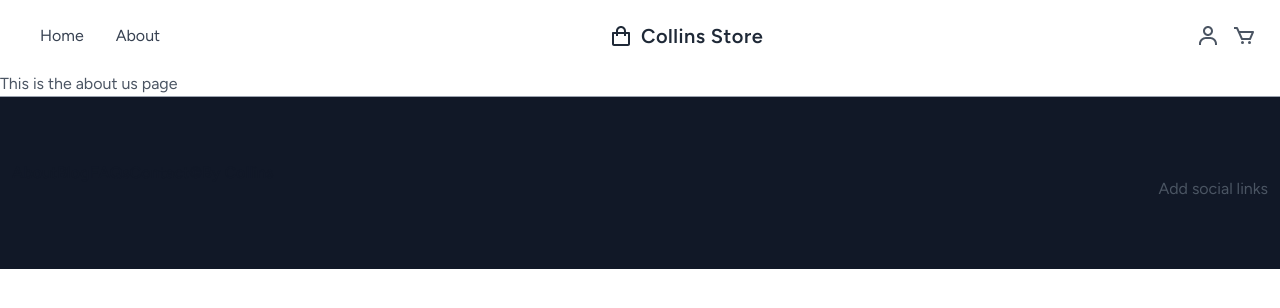
Repository: Collins145/e-commerce-website
Page: http://localhost/about
These files come from the project's save history. The page is drawn as it stood at one moment and after the next save; the edit follows.
The browser window is 1280 px wide. The pictures show the whole page.
The page is served by the project's Laravel application, run on PHP 8.4 with Laravel 10. Other server files are loaded and not shown. Style sheets and scripts are compiled from the project's sources, by tool versions that may differ from the author's.

Above is the page before, as saved 2023-06-17 14:20:29.

### routes/web.php
<?php

use App\Http\Controllers\ProfileController;
use Illuminate\Support\Facades\Route;
use App\Http\Controllers\SiteController;

/*
|--------------------------------------------------------------------------
| Web Routes
|--------------------------------------------------------------------------
|
| Here is where you can register web routes for your application. These
| routes are loaded by the RouteServiceProvider and all of them will
| be assigned to the "web" middleware group. Make something great!
|
*/

Route::get('/', [SiteController::class, 'index'])->name('home');
Route::get('about', [SiteController::class, 'about'])->name('about');
Route::get('footer', [SiteController::class, 'footer'])->name('footer');

Route::get('/dashboard', function () {
    return view('dashboard');
})->middleware(['auth', 'verified'])->name('dashboard');

Route::middleware('auth')->group(function () {
    Route::get('/profile', [ProfileController::class, 'edit'])->name('profile.edit');
    Route::patch('/profile', [ProfileController::class, 'update'])->name('profile.update');
    Route::delete('/profile', [ProfileController::class, 'destroy'])->name('profile.destroy');
});

require __DIR__.'/auth.php';

### app/Http/Controllers/SiteController.php
<?php

namespace App\Http\Controllers;

use Illuminate\Http\Request;

class SiteController extends Controller
{
    public function index() {
        return view('site.home');
    }

    public function about() {
        return view('site.about');
    }
    public function footer() {
        return view('site.footer');
    }
}

### resources/views/site/about.blade.php
@extends('layouts.site')
@section('content')
This is the about us page
@endsection

### resources/views/layouts/site.blade.php
<!DOCTYPE html>
<html lang="{{ str_replace('_', '-', app()->getLocale()) }}">
    <head>
        <meta charset="utf-8">
        <meta name="viewport" content="width=device-width, initial-scale=1">
        <meta name="csrf-token" content="{{ csrf_token() }}">

        <title>{{ config('app.name', 'Laravel') }}</title>

        <!-- Fonts -->
        <link rel="preconnect" href="https://fonts.bunny.net">
        <link href="https://fonts.bunny.net/css?family=figtree:400,500,600&display=swap" rel="stylesheet" />

        <!-- Scripts -->
        @vite(['resources/css/app.css', 'resources/js/app.js'])
    </head>
    <body class="bg-white text-gray-600 font-sans leading-normal text-base tracking-normal">
        <x-site.header/>
        @yield('content')
        <x-site.footer/>
    </body>
</html>

### resources/views/components/site/header.blade.php
    <nav id="header" class="w-full z-30 top-0 py-1">
        <div class="w-full container mx-auto flex flex-wrap items-center justify-between mt-0 px-6 py-3">

            <label for="menu-toggle" class="cursor-pointer md:hidden block">
                <svg class="fill-current text-gray-900" xmlns="http://www.w3.org/2000/svg" width="20" height="20" viewBox="0 0 20 20">
                    <title>menu</title>
                    <path d="M0 3h20v2H0V3zm0 6h20v2H0V9zm0 6h20v2H0v-2z"></path>
                </svg>
            </label>
            <input class="hidden" type="checkbox" id="menu-toggle" />

            <div class="hidden md:flex md:items-center md:w-auto w-full order-3 md:order-1" id="menu">
                <nav>
                    <ul class="md:flex items-center justify-between text-base text-gray-700 pt-4 md:pt-0">
                        <li><a class="inline-block no-underline hover:text-black hover:underline py-2 px-4" href="{{route('home')}}">Home</a></li>
                        <li><a class="inline-block no-underline hover:text-black hover:underline py-2 px-4" href="{{route('about')}}">About</a></li>
                    </ul>
                </nav>
            </div>

            <div class="order-1 md:order-2">
                <a class="flex items-center tracking-wide no-underline hover:no-underline font-bold text-gray-800 text-xl " href="{{route('home')}}">
                    <svg class="fill-current text-gray-800 mr-2" xmlns="http://www.w3.org/2000/svg" width="24" height="24" viewBox="0 0 24 24">
                        <path d="M5,22h14c1.103,0,2-0.897,2-2V9c0-0.553-0.447-1-1-1h-3V7c0-2.757-2.243-5-5-5S7,4.243,7,7v1H4C3.447,8,3,8.447,3,9v11 C3,21.103,3.897,22,5,22z M9,7c0-1.654,1.346-3,3-3s3,1.346,3,3v1H9V7z M5,10h2v2h2v-2h6v2h2v-2h2l0.002,10H5V10z" />
                    </svg>
                    Collins Store
                </a>
            </div>

            <div class="order-2 md:order-3 flex items-center" id="nav-content">

                <a class="inline-block no-underline hover:text-black" href="#">
                    <svg class="fill-current hover:text-black" xmlns="http://www.w3.org/2000/svg" width="24" height="24" viewBox="0 0 24 24">
                        <circle fill="none" cx="12" cy="7" r="3" />
                        <path d="M12 2C9.243 2 7 4.243 7 7s2.243 5 5 5 5-2.243 5-5S14.757 2 12 2zM12 10c-1.654 0-3-1.346-3-3s1.346-3 3-3 3 1.346 3 3S13.654 10 12 10zM21 21v-1c0-3.859-3.141-7-7-7h-4c-3.86 0-7 3.141-7 7v1h2v-1c0-2.757 2.243-5 5-5h4c2.757 0 5 2.243 5 5v1H21z" />
                    </svg>
                </a>

                <a class="pl-3 inline-block no-underline hover:text-black" href="#">
                    <svg class="fill-current hover:text-black" xmlns="http://www.w3.org/2000/svg" width="24" height="24" viewBox="0 0 24 24">
                        <path d="M21,7H7.462L5.91,3.586C5.748,3.229,5.392,3,5,3H2v2h2.356L9.09,15.414C9.252,15.771,9.608,16,10,16h8 c0.4,0,0.762-0.238,0.919-0.606l3-7c0.133-0.309,0.101-0.663-0.084-0.944C21.649,7.169,21.336,7,21,7z M17.341,14h-6.697L8.371,9 h11.112L17.341,14z" />
                        <circle cx="10.5" cy="18.5" r="1.5" />
                        <circle cx="17.5" cy="18.5" r="1.5" />
                    </svg>
                </a>

            </div>
        </div>
    </nav>

### resources/views/components/site/footer.blade.php
    <footer class="container mx-auto bg-gray-900 py-8 border-t border-gray-400">
        <div class="container flex px-3 py-8 ">
            <div class="w-full mx-auto flex flex-wrap">
                <div class="flex w-full lg:w-1/2 ">
                    <div class="flex justify-around px-3 md:px-0">
                        <h3 class="font-bold text-gray-900">About</h3>
                        <h3 class="font-bold text-gray-900">Blog</h3>
                        <h3 class="font-bold text-gray-900">FAQs</h3>
                        <h3 class="font-bold text-gray-900">Contact</h3>
                        <h3 class="font-bold text-gray-900"><span>&copy<span>By Collins</h3>
                    </div>
                </div>
                <div class="flex w-full lg:w-1/2 lg:justify-end lg:text-right">
                    <div class="px-3 md:px-0">
                        <ul class="list-reset items-center pt-3">
                            <li>
                                <a class="inline-block no-underline hover:text-black hover:underline py-1" href="#">Add social links</a>
                            </li>
                        </ul>
                    </div>
                </div>
            </div>
        </div>
    </footer>

Loaded but not shown: routes/auth.php (common file); app/Http/Controllers/Auth/EmailVerificationPromptController.php (common file); app/Http/Controllers/Controller.php (common file); app/Http/Controllers/Auth/VerifyEmailController.php (common file); resources/css/app.css (common file); tailwind.config.js (common file); resources/js/app.js (common file); resources/js/bootstrap.js (common file)

After the next save:
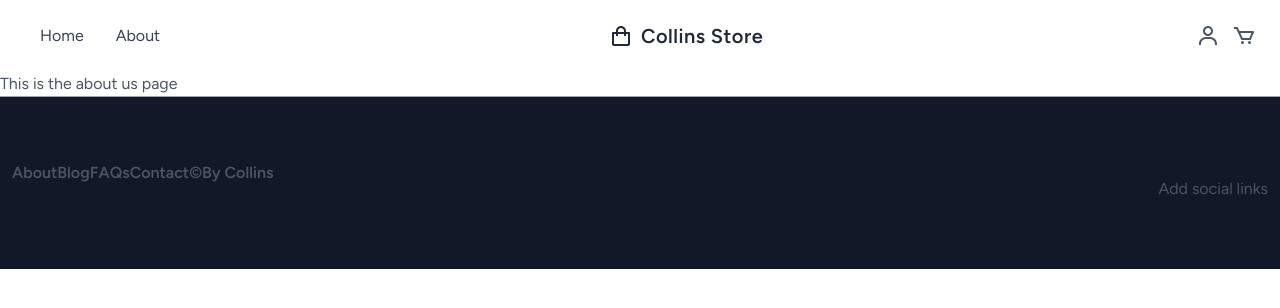
Saved 59 s later.
--- a/resources/views/components/site/footer.blade.php
+++ b/resources/views/components/site/footer.blade.php
@@ -3,11 +3,11 @@
             <div class="w-full mx-auto flex flex-wrap">
                 <div class="flex w-full lg:w-1/2 ">
                     <div class="flex justify-around px-3 md:px-0">
-                        <h3 class="font-bold text-gray-900">About</h3>
-                        <h3 class="font-bold text-gray-900">Blog</h3>
-                        <h3 class="font-bold text-gray-900">FAQs</h3>
-                        <h3 class="font-bold text-gray-900">Contact</h3>
-                        <h3 class="font-bold text-gray-900"><span>&copy<span>By Collins</h3>
+                        <h3 class="font-bold text-gray-600">About</h3>
+                        <h3 class="font-bold text-gray-600">Blog</h3>
+                        <h3 class="font-bold text-gray-600">FAQs</h3>
+                        <h3 class="font-bold text-gray-600">Contact</h3>
+                        <h3 class="font-bold text-gray-600"><span>&copy<span>By Collins</h3>
                     </div>
                 </div>
                 <div class="flex w-full lg:w-1/2 lg:justify-end lg:text-right">
